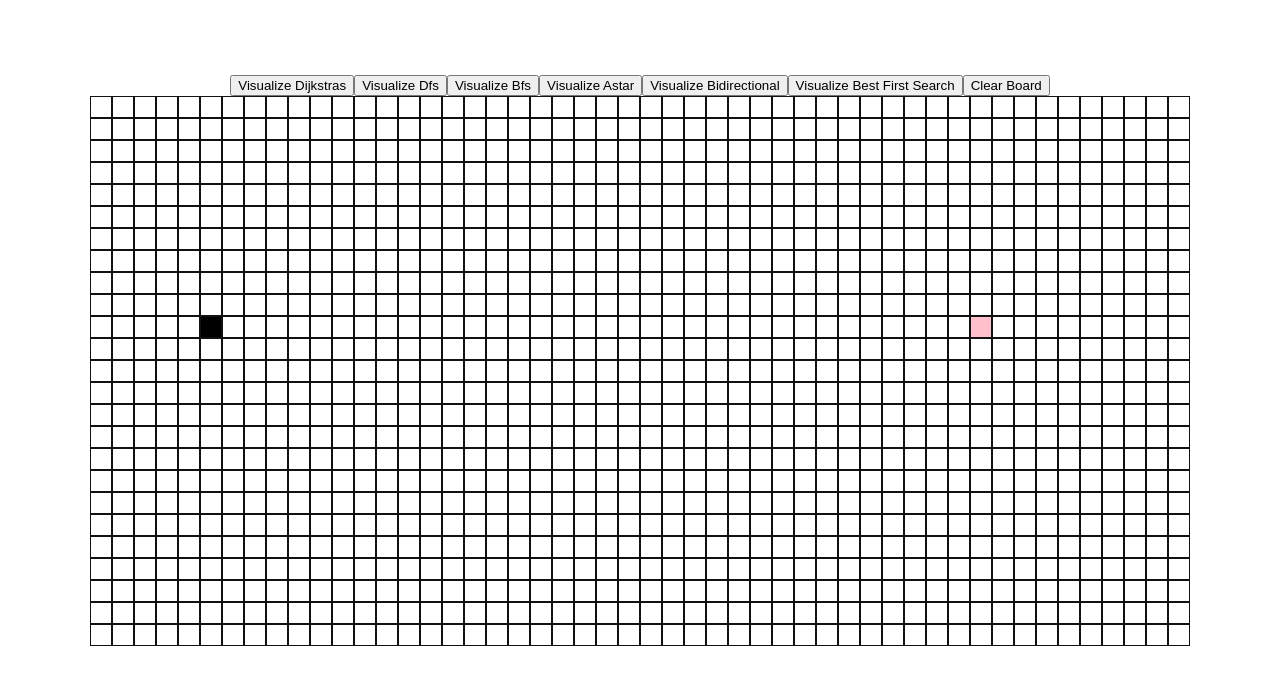
Repository: rehans-Life/Pathfinding-Visualizer
Page: /
These files come from the project's save history. The page is drawn as it stood at one moment and after the next save; the edit follows.
The browser window is 1280 px wide. The pictures show the whole page.
The project was rebuilt for these pictures with package versions that can differ from the ones it lists, and the page was loaded fresh each time. The framework's server and built-in components were replaced by stand-ins that run in the browser. Also part of the build but not shown: next.config.js.

Above is the page before, as saved 2023-03-10 18:53:31.

### pages/index.js
import Head from "next/head";
import styles from "../styles/Home.module.css";
import Node from "../components/Node";
import { visualizeDijistras } from "../algorithms/dijkstras";
import { useState } from "react";
import { visualizeDfs } from "../algorithms/dfs";
import { visualizeBfs } from "../algorithms/bfs";
import { visualizeAstar } from "../algorithms/aStar";
import { visualizeBidirectional } from "../algorithms/bidirectional";
import { visualizeBestfs } from "../algorithms/bestFirstSearch";

export const START_ROW = 10;
export const START_COL = 5;
export const END_ROW = 10;
export const END_COL = 40;

function getInitialGrid() {
  let grid = [];
  for (let i = 0; i < 25; i++) {
    let row = [];
    for (let j = 0; j < 50; j++) {
      const node = {
        row: i,
        col: j,
        isStart: i === START_ROW && j === START_COL,
        isEnd: i === END_ROW && j === END_COL,
        distance: Infinity,
        parent: null,
        isVisited: false,
        isInPath: false,
        isWall: false,
        huristic: Infinity,
        totalDistance: Infinity,
      };
      row.push(node);
    }
    grid.push(row);
  }
  return grid;
}

const canBecomeWall = (row, col) => {
  return row != END_ROW || col != END_COL;
};

export default function Home() {
  const [grid, setGrid] = useState(getInitialGrid());
  const [mouseDown, setMouseDown] = useState(false);

  const handleMouseDown = (row, col) => {
    if (!canBecomeWall(row, col)) return;
    setMouseDown(true);
    setCellAsWall(row, col);
  };

  const handleMouseEnter = (row, col) => {
    if (!canBecomeWall(row, col)) return;
    if (mouseDown) {
      setCellAsWall(row, col);
    }
  };

  const handleMouseUp = () => {
    setMouseDown(false);
  };

  const setCellAsWall = (row, col) => {
    let newGrid = grid.slice();
    newGrid[row][col].isWall = !newGrid[row][col].isWall;
    setGrid(newGrid);
  };

  return (
    <div className={styles.container}>
      <Head>
        <title>Pathfinding Visualizer</title>
        <meta name="description" content="Generated by create next app" />
        <link rel="icon" href="/favicon.ico" />
      </Head>
      <div className={styles.buttons}>
        <button onClick={() => visualizeDijistras(grid, setGrid)}>
          Visualize Dijkstras
        </button>
        <button onClick={() => visualizeDfs(grid, setGrid)}>
          Visualize Dfs
        </button>
        <button onClick={() => visualizeBfs(grid, setGrid)}>
          Visualize Bfs
        </button>
        <button onClick={() => visualizeAstar(grid, setGrid)}>
          Visualize Astar
        </button>
        <button onClick={() => visualizeBidirectional(grid, setGrid)}>
          Visualize Bidirectional
        </button>
        <button onClick={() => visualizeBestfs(grid, setGrid)}>
          Visualize Best First Search
        </button>
        <button onClick={() => setGrid(getInitialGrid())}>Clear Board</button>
      </div>
      {grid.map((row, index) => (
        <div key={index} className={styles.row}>
          {row.map((node, index) => (
            <Node
              key={index}
              row={node.row}
              col={node.col}
              isStart={node.isStart}
              isEnd={node.isEnd}
              distance={node.distance}
              isVisited={node.isVisited}
              isInPath={node.isInPath}
              isWall={node.isWall}
              handleMouseDown={handleMouseDown}
              handleMouseUp={handleMouseUp}
              handleMouseEnter={handleMouseEnter}
            ></Node>
          ))}
        </div>
      ))}
    </div>
  );
}

### styles/Home.module.css
.container {
  display: flex;
  flex-direction: column;
  justify-content: center;
  align-items: center;
  width: 100vw;
  height: 100vh;
}
.node {
  padding: 10px;
  border: 1px solid #111;
  width: 10px;
}

.row {
  display: flex;
}
.button {
  display: flex;
  align-items: center;
}

.startNode {
  padding: 10px;
  border: 1px solid #111;
  width: 10px;
  background-color: black;
}
.visited {
  background-color: lightslategray;
  padding: 10px;
  border: 1px solid #111;
  width: 10px;
}

.wall {
  background-color: darkslateblue;
  padding: 10px;
  border: 1px solid #111;
  width: 10px;
}

.inPath {
  background-color: royalblue;
  padding: 10px;
  border: 1px solid #111;
  width: 10px;
}

.endNode {
  padding: 10px;
  border: 1px solid #111;
  width: 10px;
  background-color: pink;
}

### components/Node.js
import React from "react";
import styles from "../styles/Home.module.css";

export default function Node({
  row,
  col,
  isStart,
  isEnd,
  isWall,
  isInPath,
  isVisited,
  handleMouseDown,
  handleMouseUp,
  handleMouseEnter,
}) {
  return (
    <div
      onMouseDown={() => handleMouseDown(row, col)}
      onMouseUp={handleMouseUp}
      onMouseEnter={() => handleMouseEnter(row, col)}
      className={
        isStart
          ? styles.startNode
          : isEnd
          ? styles.endNode
          : isWall
          ? styles.wall
          : isInPath
          ? styles.inPath
          : isVisited
          ? styles.visited
          : styles.node
      }
    >
      {" "}
    </div>
  );
}

### algorithms/dijkstras.js
import { END_COL, END_ROW, START_COL, START_ROW } from "../pages";

class PriorityQueue {
  constructor() {
    this.heap = [];
  }

  isEmpty() {
    return this.heap.length == 0;
  }

  insert(node) {
    this.heap.push(node);
    let i = this.heap.length - 1;
    this.siftup(i);
  }

  delete() {
    let temp = this.heap[0];
    this.heap[0] = this.heap[this.heap.length - 1];
    this.heap.pop();
    this.shiftdown(0);
    return temp;
  }

  siftup(i) {
    let parent = Math.floor((i - 1) / 2);
    while (parent >= 0 && this.heap[parent].distance > this.heap[i].distance) {
      let temp = this.heap[parent];
      this.heap[parent] = this.heap[i];
      this.heap[i] = temp;
      i = parent;
      parent = Math.floor((i - 1) / 2);
    }
  }
  shiftdown(i) {
    let leftChild = i * 2 + 1;
    let rightChild = i * 2 + 2;
    let n = this.heap.length;

    while (
      (leftChild < n &&
        this.heap[leftChild].distance < this.heap[i].distance) ||
      (rightChild < n && this.heap[rightChild].distance < this.heap[i].distance)
    ) {
      let smaller =
        rightChild >= n ||
        this.heap[leftChild].distance <= this.heap[rightChild].distance
          ? leftChild
          : rightChild;

      let temp = this.heap[i];
      this.heap[i] = this.heap[smaller];
      this.heap[smaller] = temp;

      i = smaller;
      leftChild = i * 2 + 1;
      rightChild = i * 2 + 2;
    }
  }
}

function isValid(row, col) {
  return row < 25 && row >= 0 && col < 50 && col >= 0;
}

export function dijkstras(grid, src, target) {
  let priorityQueue = new PriorityQueue();
  let delRow = [-1, +1, 0, 0];
  let delCol = [0, 0, -1, +1];

  let visitedNodes = [];

  priorityQueue.insert(src);
  src.distance = 0;
  visitedNodes.push(src);

  while (!priorityQueue.isEmpty()) {
    let node = priorityQueue.delete();

    for (let i = 0; i < 4; i++) {
      let adjRow = node.row + delRow[i];
      let adjCol = node.col + delCol[i];
      let newDistance = node.distance + 1;

      if (isValid(adjRow, adjCol)) {
        let adjNode = grid[adjRow][adjCol];
        if (!adjNode.isWall && newDistance < adjNode.distance) {
          adjNode.distance = newDistance;
          adjNode.parent = node;
          if (adjNode.row === target.row && adjNode.col === target.col) {
            return visitedNodes;
          }
          visitedNodes.push(adjNode);
          priorityQueue.insert(adjNode);
        }
      }
    }
  }
  return visitedNodes;
}

const animteDijkstras = (visitedNodes, path, grid, setGrid) => {
  for (let i = 0; i < visitedNodes?.length; i++) {
    if (i === visitedNodes.length - 1) {
      setTimeout(() => {
        animatePath(path, grid, setGrid);
      }, 10 * i);
    }
    setTimeout(() => {
      let newGrid = grid.slice();

      let node = visitedNodes[i];
      let newNode = {
        ...node,
        isVisited: true,
      };

      newGrid[node.row][node.col] = newNode;
      setGrid(newGrid);
    }, 10 * i);
  }
};

const animatePath = (path, grid, setGrid) => {
  for (let i = 0; i < path?.length; i++) {
    setTimeout(() => {
      let newGrid = grid.slice();

      let node = path[i];
      let newNode = {
        ...node,
        isInPath: true,
      };

      newGrid[node.row][node.col] = newNode;
      setGrid(newGrid);
    }, 50 * i);
  }
};

export const visualizeDijistras = (grid, setGrid) => {
  let startNode = grid[START_ROW][START_COL];
  let endNode = grid[END_ROW][END_COL];
  let visitedNodes = dijkstras(grid, startNode, endNode);
  let node = grid[END_ROW][END_COL];
  let path = [];
  while (node) {
    path.push(node);
    node = node.parent;
  }
  path.reverse();
  animteDijkstras(visitedNodes, path, grid, setGrid);
};

### algorithms/dfs.js
import { END_COL, END_ROW, START_COL, START_ROW } from "../pages";

export function visualizeDfs(grid, setGrid) {
  let startNode = grid[START_ROW][START_COL];
  let endNode = grid[END_ROW][END_COL];
  let visitedNodes = dfs(grid, startNode, endNode);
  let path = [];
  let node = endNode;
  while (node) {
    path.push(node);
    node = node.parent;
  }
  path.reverse();
  animateDfs(visitedNodes, path, grid, setGrid);
}

function animateDfs(visitedNodes, path, grid, setGrid) {
  for (let i = 0; i < visitedNodes.length; i++) {
    setTimeout(() => {
      if (i === visitedNodes.length - 1) {
        animatePath(path, grid, setGrid);
      }
      let newGrid = grid.slice();

      let node = visitedNodes[i];
      let newNode = {
        ...node,
        isVisited: true,
      };

      newGrid[node.row][node.col] = newNode;
      setGrid(newGrid);
    }, 10 * i);
  }
}

function animatePath(path, grid, setGrid) {
  for (let i = 0; i < path.length; i++) {
    setTimeout(() => {
      let newGrid = grid.slice();

      let node = path[i];
      let newNode = {
        ...node,
        isInPath: true,
      };

      newGrid[node.row][node.col] = newNode;
      setGrid(newGrid);
    }, 10 * i);
  }
}

function isValid(row, col) {
  return row < 25 && row >= 0 && col < 50 && col >= 0;
}

function dfs(grid, src, target) {
  let visitedNodes = [];
  let delRow = [-1, 0, 0, +1];
  let delCol = [0, +1, -1, 0];

  function helper(node, parent) {
    node.distance = 1;
    node.parent = parent;
    visitedNodes.push(node);

    if (node.row === target.row && node.col === target.col) {
      return true;
    }

    for (let i = 0; i < 4; i++) {
      let adjRow = node.row + delRow[i];
      let adjCol = node.col + delCol[i];

      if (isValid(adjRow, adjCol)) {
        let adjNode = grid[adjRow][adjCol];
        if (!adjNode.isWall && adjNode.distance === Infinity) {
          if (helper(adjNode, node)) {
            return true;
          }
        }
      }
    }
  }

  helper(src, null);
  return visitedNodes;
}

### algorithms/bfs.js
import { END_COL, END_ROW, START_COL, START_ROW } from "../pages";

function isValid(row, col) {
  return row < 25 && row >= 0 && col < 50 && col >= 0;
}

export function bfs(grid, src, target) {
  let queue = [];
  let delRow = [-1, +1, 0, 0];
  let delCol = [0, 0, -1, +1];

  let visitedNodes = [];

  queue.push(src);
  src.distance = 0;
  visitedNodes.push(src);

  while (queue.length) {
    let node = queue.shift();

    for (let i = 0; i < 4; i++) {
      let adjRow = node.row + delRow[i];
      let adjCol = node.col + delCol[i];
      let newDistance = node.distance + 1;

      if (isValid(adjRow, adjCol)) {
        let adjNode = grid[adjRow][adjCol];
        if (!adjNode.isWall && newDistance < adjNode.distance) {
          adjNode.distance = newDistance;
          adjNode.parent = node;
          if (adjNode.row === target.row && adjNode.col === target.col) {
            return visitedNodes;
          }
          visitedNodes.push(adjNode);
          queue.push(adjNode);
        }
      }
    }
  }
  return visitedNodes;
}

const animateBfs = (visitedNodes, path, grid, setGrid) => {
  for (let i = 0; i < visitedNodes?.length; i++) {
    if (i === visitedNodes.length - 1) {
      setTimeout(() => {
        animatePath(path, grid, setGrid);
      }, 10 * i);
    }
    setTimeout(() => {
      let newGrid = grid.slice();

      let node = visitedNodes[i];
      let newNode = {
        ...node,
        isVisited: true,
      };

      newGrid[node.row][node.col] = newNode;
      setGrid(newGrid);
    }, 10 * i);
  }
};

const animatePath = (path, grid, setGrid) => {
  for (let i = 0; i < path?.length; i++) {
    setTimeout(() => {
      let newGrid = grid.slice();

      let node = path[i];
      let newNode = {
        ...node,
        isInPath: true,
      };

      newGrid[node.row][node.col] = newNode;
      setGrid(newGrid);
    }, 50 * i);
  }
};

export const visualizeBfs = (grid, setGrid) => {
  let startNode = grid[START_ROW][START_COL];
  let endNode = grid[END_ROW][END_COL];
  let visitedNodes = bfs(grid, startNode, endNode);
  let node = grid[END_ROW][END_COL];
  let path = [];
  while (node) {
    path.push(node);
    node = node.parent;
  }
  path.reverse();
  animateBfs(visitedNodes, path, grid, setGrid);
};

### algorithms/aStar.js
import { END_COL, END_ROW, START_COL, START_ROW } from "../pages";

function isValid(row, col) {
  return row < 25 && row >= 0 && col < 50 && col >= 0;
}

class PriorityQueue {
  constructor() {
    this.heap = [];
  }

  isEmpty() {
    return this.heap.length == 0;
  }

  insert(node) {
    this.heap.push(node);
    let i = this.heap.length - 1;
    this.siftup(i);
  }

  delete() {
    let temp = this.heap[0];
    this.heap[0] = this.heap[this.heap.length - 1];
    this.heap.pop();
    this.shiftdown(0);
    return temp;
  }

  siftup(i) {
    let parent = Math.floor((i - 1) / 2);
    while (
      parent >= 0 &&
      this.heap[parent].totalDistance > this.heap[i].totalDistance
    ) {
      let temp = this.heap[parent];
      this.heap[parent] = this.heap[i];
      this.heap[i] = temp;
      i = parent;
      parent = Math.floor((i - 1) / 2);
    }
  }
  shiftdown(i) {
    let leftChild = i * 2 + 1;
    let rightChild = i * 2 + 2;
    let n = this.heap.length;

    while (
      (leftChild < n &&
        this.heap[leftChild].totalDistance < this.heap[i].totalDistance) ||
      (rightChild < n &&
        this.heap[rightChild].totalDistance < this.heap[i].totalDistance)
    ) {
      let smaller =
        rightChild >= n ||
        this.heap[leftChild].totalDistance <=
          this.heap[rightChild].totalDistance
          ? leftChild
          : rightChild;

      let temp = this.heap[i];
      this.heap[i] = this.heap[smaller];
      this.heap[smaller] = temp;

      i = smaller;
      leftChild = i * 2 + 1;
      rightChild = i * 2 + 2;
    }
  }
}

function aStar(grid, src, target) {
  let priorityQueue = new PriorityQueue();
  let delRow = [-1, 0, 0, +1];
  let delCol = [0, +1, -1, 0];

  let visitedNodes = [];

  priorityQueue.insert(src);
  src.distance = 0;
  src.huristic =
    Math.pow(src.row - target.row, 2) + Math.pow(src.col - target.col, 2);
  src.totalDistance = src.distance + src.huristic;
  // visitedNodes.push(src);

  while (!priorityQueue.isEmpty()) {
    let node = priorityQueue.delete();

    for (let i = 0; i < 4; i++) {
      let adjRow = node.row + delRow[i];
      let adjCol = node.col + delCol[i];

      if (isValid(adjRow, adjCol)) {
        let adjNode = grid[adjRow][adjCol];
        let newDistance = node.distance + 1;

        if (!adjNode.isWall && newDistance < adjNode.distance) {
          if (node.row === target.row && node.col === target.col) {
            return visitedNodes;
          }
          adjNode.distance = newDistance;
          adjNode.huristic =
            (target.row - adjNode.row) ** 2 + (target.col - adjNode.col) ** 2;

          adjNode.totalDistance = adjNode.distance + adjNode.huristic;
          adjNode.parent = node;
          visitedNodes.push(adjNode);
          priorityQueue.insert(adjNode);
        }
      }
    }
  }
}

const animateAstar = (visitedNodes, path, grid, setGrid) => {
  for (let i = 0; i < visitedNodes?.length; i++) {
    if (i === visitedNodes.length - 1) {
      setTimeout(() => {
        animatePath(path, grid, setGrid);
      }, 10 * i);
    }
    setTimeout(() => {
      let newGrid = grid.slice();

      let node = visitedNodes[i];
      let newNode = {
        ...node,
        isVisited: true,
      };

      newGrid[node.row][node.col] = newNode;
      setGrid(newGrid);
    }, 10 * i);
  }
};

const animatePath = (path, grid, setGrid) => {
  for (let i = 0; i < path?.length; i++) {
    setTimeout(() => {
      let newGrid = grid.slice();

      let node = path[i];
      let newNode = {
        ...node,
        isInPath: true,
      };

      newGrid[node.row][node.col] = newNode;
      setGrid(newGrid);
    }, 50 * i);
  }
};

export const visualizeAstar = (grid, setGrid) => {
  let startNode = grid[START_ROW][START_COL];
  let endNode = grid[END_ROW][END_COL];
  let visitedNodes = aStar(grid, startNode, endNode);
  console.log(visitedNodes);
  let node = grid[END_ROW][END_COL];
  let path = [];
  while (node) {
    path.push(node);
    node = node.parent;
  }
  path.reverse();
  animateAstar(visitedNodes, path, grid, setGrid);
};

### algorithms/bidirectional.js
import { END_COL, END_ROW, START_COL, START_ROW } from "../pages";

function isValid(row, col) {
  return row < 25 && row >= 0 && col < 50 && col >= 0;
}

function bidirectional(grid, src, target) {
  let forwardQueue = [];
  let backwardQueue = [];

  let forwardVisitedNodes = [];
  let backwardVisitedNodes = [];

  src.distance = 0;
  forwardQueue.push(src);
  forwardVisitedNodes.push(src);

  target.distance = 0;
  backwardQueue.push(target);
  backwardVisitedNodes.push(target);

  while (forwardQueue.length && backwardQueue.length) {
    bfs(grid, forwardQueue, forwardVisitedNodes, backwardVisitedNodes);

    let backwardIntersectingNodes = bfs(
      grid,
      backwardQueue,
      backwardVisitedNodes,
      forwardVisitedNodes
    );
    if (backwardIntersectingNodes) {
      return [
        answer(forwardVisitedNodes, backwardVisitedNodes),
        genertatePath(backwardIntersectingNodes),
      ];
    }
  }
  return [answer(forwardVisitedNodes, backwardVisitedNodes), []];
}

function answer(forwardVisitedNodes, backwardVisitedNodes) {
  let visitedNodes = [];
  let n = forwardVisitedNodes.length;
  let m = backwardVisitedNodes.length;

  let greater = n > m ? n : m;

  for (let i = 0; i < greater; i++) {
    if (i < n) visitedNodes.push(forwardVisitedNodes[i]);
    if (i < m) visitedNodes.push(backwardVisitedNodes[i]);
  }
  return visitedNodes;
}

function genertatePath(intersectingingNodes) {
  let forwardPath = [];
  let forwardNode = intersectingingNodes[0];
  while (forwardNode) {
    forwardPath.push(forwardNode);
    forwardNode = forwardNode.parent;
  }
  forwardPath.reverse();
  let backwardPath = [];
  let backwardNode = intersectingingNodes[1];
  while (backwardNode) {
    backwardPath.push(backwardNode);
    backwardNode = backwardNode.parent;
  }
  let path = [...forwardPath, ...backwardPath];
  return path;
}

function bfs(grid, queue, directionVisitedNodes, visitedNodes) {
  let node = queue.shift();
  let delRow = [-1, +1, 0, 0];
  let delCol = [0, 0, -1, +1];

  for (let i = 0; i < 4; i++) {
    let adjRow = node.row + delRow[i];
    let adjCol = node.col + delCol[i];
    let newDistance = node.distance + 1;

    if (isValid(adjRow, adjCol)) {
      let adjNode = grid[adjRow][adjCol];

      if (visitedNodes.includes(adjNode)) {
        return [adjNode, node];
      }

      if (!adjNode.isWall && newDistance < adjNode.distance) {
        adjNode.distance = newDistance;
        adjNode.parent = node;
        directionVisitedNodes.push(adjNode);
        queue.push(adjNode);
      }
    }
  }
}

const animateBidirectional = (visitedNodes, path, grid, setGrid) => {
  for (let i = 0; i < visitedNodes?.length; i++) {
    if (i === visitedNodes.length - 1) {
      setTimeout(() => {
        animatePath(path, grid, setGrid);
      }, 10 * i);
    }
    setTimeout(() => {
      let newGrid = grid.slice();

      let node = visitedNodes[i];
      let newNode = {
        ...node,
        isVisited: true,
      };

      newGrid[node.row][node.col] = newNode;
      setGrid(newGrid);
    }, 10 * i);
  }
};

const animatePath = (path, grid, setGrid) => {
  for (let i = 0; i < path?.length; i++) {
    setTimeout(() => {
      let newGrid = grid.slice();

      let node = path[i];
      let newNode = {
        ...node,
        isInPath: true,
      };

      newGrid[node.row][node.col] = newNode;
      setGrid(newGrid);
    }, 50 * i);
  }
};

export const visualizeBidirectional = (grid, setGrid) => {
  let startNode = grid[START_ROW][START_COL];
  let endNode = grid[END_ROW][END_COL];
  let [visitedNodes, path] = bidirectional(grid, startNode, endNode);
  animateBidirectional(visitedNodes, path, grid, setGrid);
};

### algorithms/britishMuseum.js
import { END_COL, END_ROW, START_COL, START_ROW } from "../pages";

function huristics(grid, src) {
  let queue = [];
  let delRow = [-1, +1, 0, 0];
  let delCol = [0, 0, -1, +1];

  queue.push(src);
  src.huristic = 0;

  while (queue.length) {
    let node = queue.shift();

    for (let i = 0; i < 4; i++) {
      let adjRow = node.row + delRow[i];
      let adjCol = node.col + delCol[i];
      if (isValid(adjRow, adjCol)) {
        let adjNode = grid[adjRow][adjCol];
        let huristic = Math.sqrt(
          Math.pow(adjRow - src.row, 2) + Math.pow(adjCol - src.col, 2)
        );
        if (!adjNode.isWall && adjNode.huristic === Infinity) {
          adjNode.huristic = huristic;
          queue.push(adjNode);
        }
      }
    }
  }
}

function isValid(row, col) {
  return row < 25 && row >= 0 && col < 50 && col >= 0;
}

function britishMuseum(grid, src, target) {
  huristics(grid, target);
  let delRow = [-1, +1, 0, 0];
  let delCol = [0, 0, -1, +1];
  let visitedNodes = [];

  function dfs(node, parent, visitedNodes) {
    visitedNodes.push(node);
    node.parent = parent;
    node.distance = 1;
    let adjNodes = [];

    for (let i = 0; i < 4; i++) {
      let adjRow = node.row + delRow[i];
      let adjCol = node.col + delCol[i];

      if (isValid(adjRow, adjCol)) {
        let adjNode = grid[adjRow][adjCol];
        if (!adjNode.isWall) {
          if (adjNode.row === target.row && adjNode.col === target.col) {
            return true;
          }

          adjNodes.push(adjNode);
        }
      }
    }
    adjNodes.sort((a, b) => a.huristic < b.huristic);

    for (let i = 0; i < adjNodes.length; i++) {
      if (adjNodes.distance == Infinity) {
        if (dfs(adjNodes[i], node, visitedNodes, grid)) return true;
      }
    }
  }
  dfs(src, null, visitedNodes, grid);
  return visitedNodes;
}

const animateBritishMuseum = (visitedNodes, path, grid, setGrid) => {
  for (let i = 0; i < visitedNodes?.length; i++) {
    if (i === visitedNodes.length - 1) {
      setTimeout(() => {
        animatePath(path, grid, setGrid);
      }, 10 * i);
    }
    setTimeout(() => {
      let newGrid = grid.slice();

      let node = visitedNodes[i];
      let newNode = {
        ...node,
        isVisited: true,
      };

      newGrid[node.row][node.col] = newNode;
      setGrid(newGrid);
    }, 10 * i);
  }
};

const animatePath = (path, grid, setGrid) => {
  for (let i = 0; i < path?.length; i++) {
    setTimeout(() => {
      let newGrid = grid.slice();

      let node = path[i];
      let newNode = {
        ...node,
        isInPath: true,
      };

      newGrid[node.row][node.col] = newNode;
      setGrid(newGrid);
    }, 50 * i);
  }
};

export const visualizeBritishMuseum = (grid, setGrid) => {
  let startNode = grid[START_ROW][START_COL];
  let endNode = grid[END_ROW][END_COL];
  let visitedNodes = britishMuseum(grid, startNode, endNode);
  let node = grid[END_ROW][END_COL];
  let path = [];
  while (node) {
    path.push(node);
    node = node.parent;
  }
  path.reverse();
  animateBritishMuseum(visitedNodes, path, grid, setGrid);
};

Loaded but not shown: pages/_app.js (common file); styles/globals.css (common file); algorithms/bestFirstSearch.js (181 lines, source omitted)

After the next save:
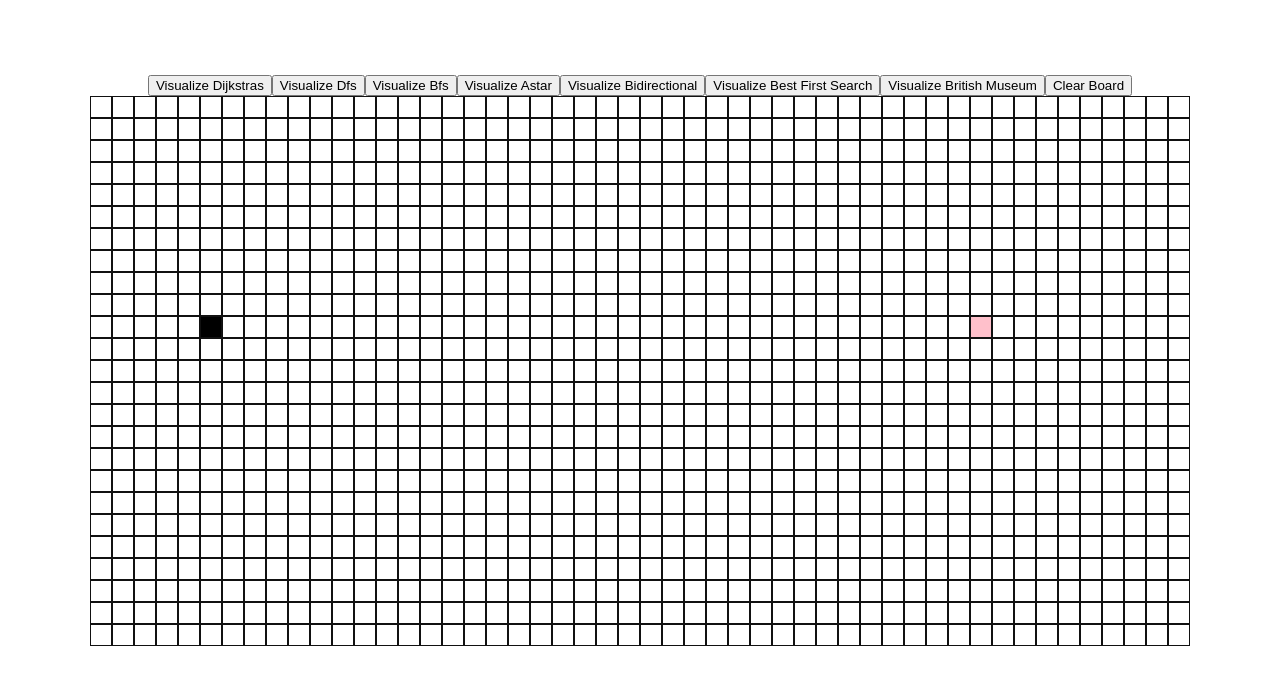
Saved 43 s later.
--- a/pages/index.js
+++ b/pages/index.js
@@ -8,6 +8,7 @@ import { visualizeBfs } from "../algorithms/bfs";
 import { visualizeAstar } from "../algorithms/aStar";
 import { visualizeBidirectional } from "../algorithms/bidirectional";
 import { visualizeBestfs } from "../algorithms/bestFirstSearch";
+import { visualizeBritishMuseum } from "../algorithms/britishMuseum";
 
 export const START_ROW = 10;
 export const START_COL = 5;
@@ -96,6 +97,9 @@ export default function Home() {
         <button onClick={() => visualizeBestfs(grid, setGrid)}>
           Visualize Best First Search
         </button>
+        <button onClick={() => visualizeBritishMuseum(grid, setGrid)}>
+          Visualize British Museum
+        </button>
         <button onClick={() => setGrid(getInitialGrid())}>Clear Board</button>
       </div>
       {grid.map((row, index) => (
